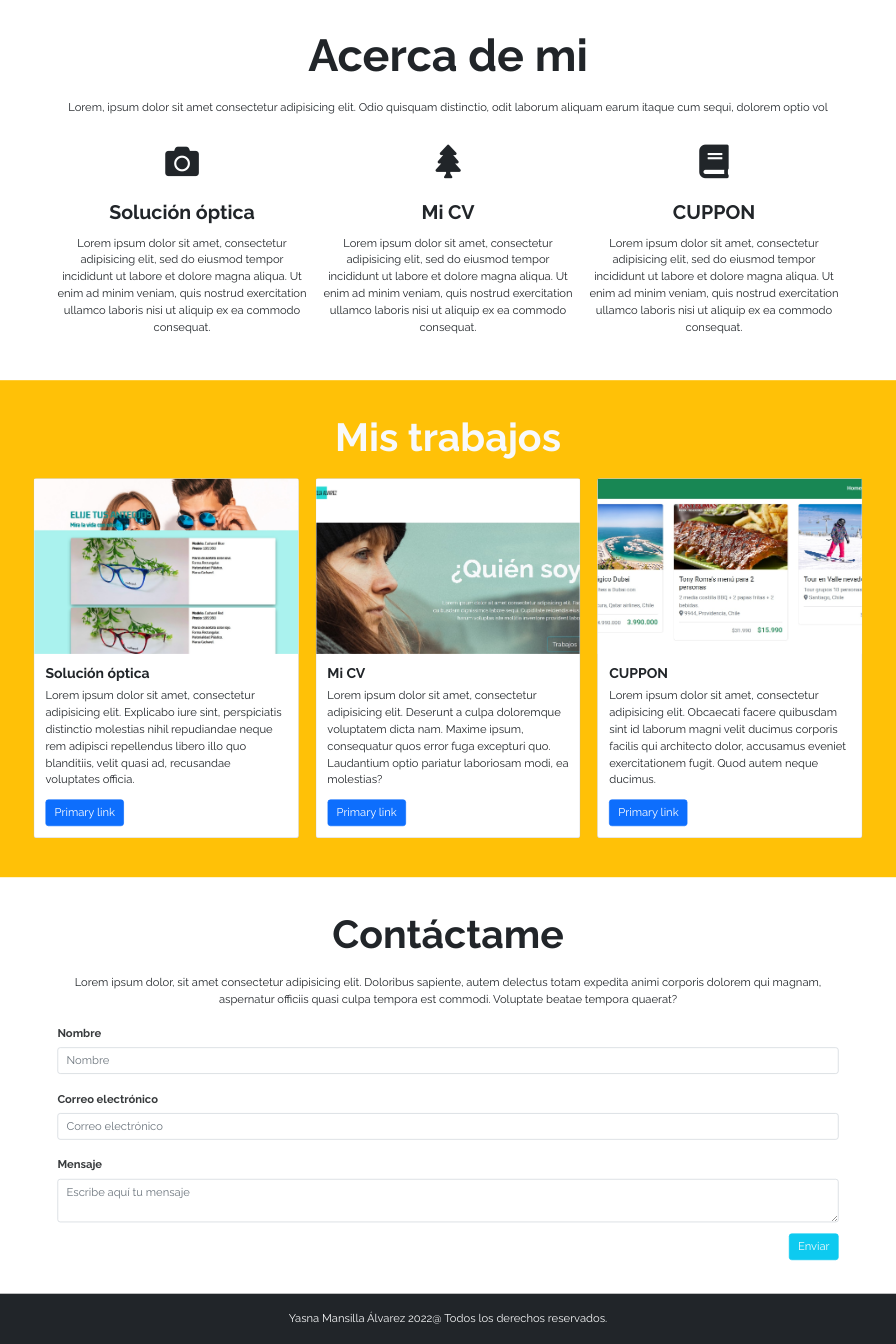
Repository: Yasna2112/Portafolio-final
Page: index.html
The author's editor kept a copy of each file at every save. The page is drawn from the files as they stood at one save, then again after the next save.
The browser window is 1280 px wide. The pictures show the part of the page from y = 703 to 2623 px (the page is 2623 px tall), at 70% of full size.
Some web libraries are served in a nearby version.

Above is the page before, as saved 2022-07-23 07:44:14.

### index.html
<!DOCTYPE html>
<html lang="en">

<head>
    <meta charset="UTF-8">
    <meta http-equiv="X-UA-Compatible" content="IE=edge">
    <meta name="viewport" content="width=device-width, initial-scale=1.0">
    <link rel="preconnect" href="https://fonts.googleapis.com">
    <link rel="preconnect" href="https://fonts.gstatic.com" crossorigin>
    <link href="https://fonts.googleapis.com/css2?family=Raleway:wght@400;700&display=swap" rel="stylesheet">
    <link href="https://cdn.jsdelivr.net/npm/bootstrap@5.1.3/dist/css/bootstrap.min.css" rel="stylesheet"
        integrity="sha384-1BmE4kWBq78iYhFldvKuhfTAU6auU8tT94WrHftjDbrCEXSU1oBoqyl2QvZ6jIW3" crossorigin="anonymous">
    <title>Yasna Mansilla</title>
    <link rel="stylesheet" href="https://cdnjs.cloudflare.com/ajax/libs/font-awesome/5.9.0/css/all.min.css"
        integrity="sha512-q3eWabyZPc1XTCmF+8/LuE1ozpg5xxn7iO89yfSOd5/oKvyqLngoNGsx8jq92Y8eXJ/IRxQbEC+FGSYxtk2oiw=="
        crossorigin="anonymous" referrerpolicy="no-referrer" />
    <link rel="stylesheet" href="assets/css/styles.css">
</head>
<body>
    <nav class="navbar navbar-expand-lg  navbar-dark bg- link-light">
        <div class="container">
            <a class="navbar-brand" href="#">
                <img src="assets/img/Logo Yas.png" class="img-fluid">
            </a>
            <button class="navbar-toggler" type="button" data-bs-toggle="collapse"
                aria-controls="navbarSupportedContent" aria-expanded="false" aria-label="Toggle navigation">
                <span class="navbar-toggler-icon"></span>
            </button>
            <div class="collapse navbar-collapse" id="navbarSupportedContent">
                <ul class="navbar-nav ms-auto mb-2 mb-lg-0 fs-5">
                    <li class="nav-item">
                        <a class="nav-link" href="#">Acerca de mi</a>
                    </li>
                    <li class="nav-item">
                        <a class="nav-link" href="#">Trabajos</a>
                    </li>
                    <li class="nav-item">
                        <a class="nav-link" href="#">Contacto</a>
                    </li>

                </ul>

            </div>
        </div>
    </nav>

    <header id="Hero-Section" class="text-light text-end py-5 mt-5">
        <div class="container">
            <div class="ms-auto col-12 col-md-7 ">
                <h1 class="display-1 fw-bold my-5">
                    ¿Quién soy yo?
                </h1>
                <p class="my-5">
                    Lorem ipsum dolor sit amet consectetur adipisicing elit. Facilis, accusamus iusto quibusdam
                    dignissimos labore sequi. Cupiditate reiciendis eius dolore, illum adipisci harum voluptas iste
                    mollitia inventore provident labore voluptatum nemo.
                </p>
                <div class="mb-5 pb-5">
                    <button class="btn btn-lg btn-outline-info text-light me-4">Trabajos</button>
                    <button class="btn btn-lg btn-info text-light">Contacto</button>
                </div>
            </div>
        </div>
    </header>


    <section id="Acerca-de-mi" class="container text-center my-5">


        <h2 class="display-3 fw-bold my-4">Acerca de mi</h2>

        <p class="my-4">
            Lorem, ipsum dolor sit amet consectetur adipisicing elit. Odio quisquam distinctio, odit laborum aliquam
            earum itaque cum sequi, dolorem optio vol
        </p>


        <div class="row">
            <div class="col-12 col-md-4">
                <i class="fas fa-camera fa-3x my-3"></i>
                <h3 class="my-3 fw-bold">Solución óptica</h3>
                <p class="my-3">
                    Lorem ipsum dolor sit amet, consectetur adipisicing elit, sed do
                    eiusmod tempor incididunt ut labore et dolore magna aliqua. Ut enim
                    ad minim veniam, quis nostrud exercitation ullamco laboris nisi ut
                    aliquip ex ea commodo consequat.
                </p>
            </div>
            <div class="col-12 col-md-4">
                <i class="fas fa-tree fa-3x my-3"></i>
                <h3 class="my-3 fw-bold">Mi CV</h3>
                <p class="my-3">
                    Lorem ipsum dolor sit amet, consectetur adipisicing elit, sed do
                    eiusmod tempor incididunt ut labore et dolore magna aliqua. Ut enim
                    ad minim veniam, quis nostrud exercitation ullamco laboris nisi ut
                    aliquip ex ea commodo consequat.
                </p>
            </div>
            <div class="col-12 col-md-4">
                <i class="fas fa-book fa-3x my-3"></i>
                <h3 class="my-3 fw-bold">CUPPON</h3>
                <p class="my-3">
                    Lorem ipsum dolor sit amet, consectetur adipisicing elit, sed do
                    eiusmod tempor incididunt ut labore et dolore magna aliqua. Ut enim
                    ad minim veniam, quis nostrud exercitation ullamco laboris nisi ut
                    aliquip ex ea commodo consequat.
                </p>
            </div>
        </div>
    </section>


    <section id="Mis-trabajos" class="my-5 p-5 bg-warning">

        <h2 class="display-4 fw-bold text-center text-light mb-3">Mis trabajos</h2>

        <div class="row">
            <div class="col-12 col-sm-4 py-2">
                <div class="card">
                    <div class="image-top" style="background-image: url(assets/img/card-11.jpg)"></div>
                    <div class="card-body">
                        <h5 class="card-title fw-bold">Solución óptica</h5>
                        <p class="card-text">
                            Lorem ipsum dolor sit amet, consectetur adipisicing elit.
                            Explicabo iure sint, perspiciatis distinctio molestias nihil
                            repudiandae neque rem adipisci repellendus libero illo quo
                            blanditiis, velit quasi ad, recusandae voluptates officia.
                        </p>
                        <a href="https://github.com/Yasna2112/Portafolio_Optica" class="btn btn-primary enabled" tabindex="-1" role="button"
                        aria-disabled="true">Primary link</a>

                    </div>
                </div>
            </div>
            <div class="col-12 col-sm-4 py-2">
                <div class="card">
                    <div class="image-top" style="background-image: url(assets/img/card-22.jpg)"></div>
                    <div class="card-body">
                        <h5 class="card-title fw-bold">Mi CV</h5>
                        <p class="card-text">
                            Lorem ipsum dolor sit amet, consectetur adipisicing elit.
                            Deserunt a culpa doloremque voluptatem dicta nam. Maxime ipsum,
                            consequatur quos error fuga excepturi quo. Laudantium optio
                            pariatur laboriosam modi, ea molestias?
                        </p>
                        <a href="https://github.com/Yasna2112/Portafolio_Mi-CV" class="btn btn-primary enabled" tabindex="-1" role="button"
                        aria-disabled="true">Primary link</a>
                    </div>
                </div>
            </div>
            <div class="col-12 col-sm-4 py-2">
                <div class="card">
                    <div class="image-top" style="background-image: url(assets/img/card-33.jpg)"></div>
                    <div class="card-body">
                        <h5 class="card-title fw-bold">CUPPON</h5>
                        <p class="card-text">
                            Lorem ipsum dolor sit amet, consectetur adipisicing elit.
                            Obcaecati facere quibusdam sint id laborum magni velit ducimus
                            corporis facilis qui architecto dolor, accusamus eveniet
                            exercitationem fugit. Quod autem neque ducimus.
                        </p>
                        <a href="https://github.com/Yasna2112/Portafolio_CUPPON" class="btn btn-primary enabled" tabindex="-1" role="button"
                        aria-disabled="true">Primary link</a>
                    </div>
                </div>
            </div>
        </div>

    </section>



    <section id="Contacto" class="container my-5">

        <h2 class="display-4 fw-bold text-center my-4">Contáctame</h2>

        <p class="text-center my-4 d-none d-md-block">Lorem ipsum dolor, sit amet consectetur adipisicing elit.
            Doloribus
            sapiente, autem delectus totam expedita
            animi corporis dolorem qui magnam, aspernatur officiis quasi culpa tempora est commodi. Voluptate beatae
            tempora quaerat?</p>

        <form>


            <div class="form-group mb-4">
                <label class="mb-2">Nombre</label>
                <input class="form-control" placeholder="Nombre">
            </div>

            <div class="form-group mb-4">
                <label class="mb-2">Correo electrónico</label>
                <input class="form-control" placeholder="Correo electrónico" />
            </div>


            <div class="form-group">
                <label class="mb-2">Mensaje</label>
                <textarea class="form-control" placeholder="Escribe aquí tu mensaje"></textarea>
            </div>

            <div class="my-3 text-end">
                <button class="btn btn-info text-light">Enviar</button>
            </div>



        </form>

    </section>



    <footer class="bg-dark text-center text-light p-4">
        <p class="mb-0">Yasna Mansilla Álvarez 2022@ Todos los derechos reservados.</p>
    </footer>


    <script src="https://cdn.jsdelivr.net/npm/bootstrap@5.1.3/dist/js/bootstrap.bundle.min.js"
        integrity="sha384-ka7Sk0Gln4gmtz2MlQnikT1wXgYsOg+OMhuP+IlRH9sENBO0LRn5q+8nbTov4+1p"
        crossorigin="anonymous"></script>
</body>

</html>

### assets/css/styles.css
body {
    font-family: "Raleway", sans-serif;
  }

  /* Hero Section */

  #Hero-Section {
    background-image: url("../img/bg-hero2.jpg");
    background-repeat: no-repeat;
    background-size: cover;
    background-position: left;
  }

  /* Mis trabajos */

  #Mis-trabajos .image-top {
    height: 250px;
    background-repeat: no-repeat;
    background-size: cover;
    background-position: center;
  }

  /* Contacto */

  #Contacto form label {
    font-weight: 700;
    color: #373a3c;
  }

  @media (max-width: 768px) {
    #Contacto form label {
      font-weight: 400;
    }

    .navbar-brand{
      width: 100px;
    }

  }

After the next save:
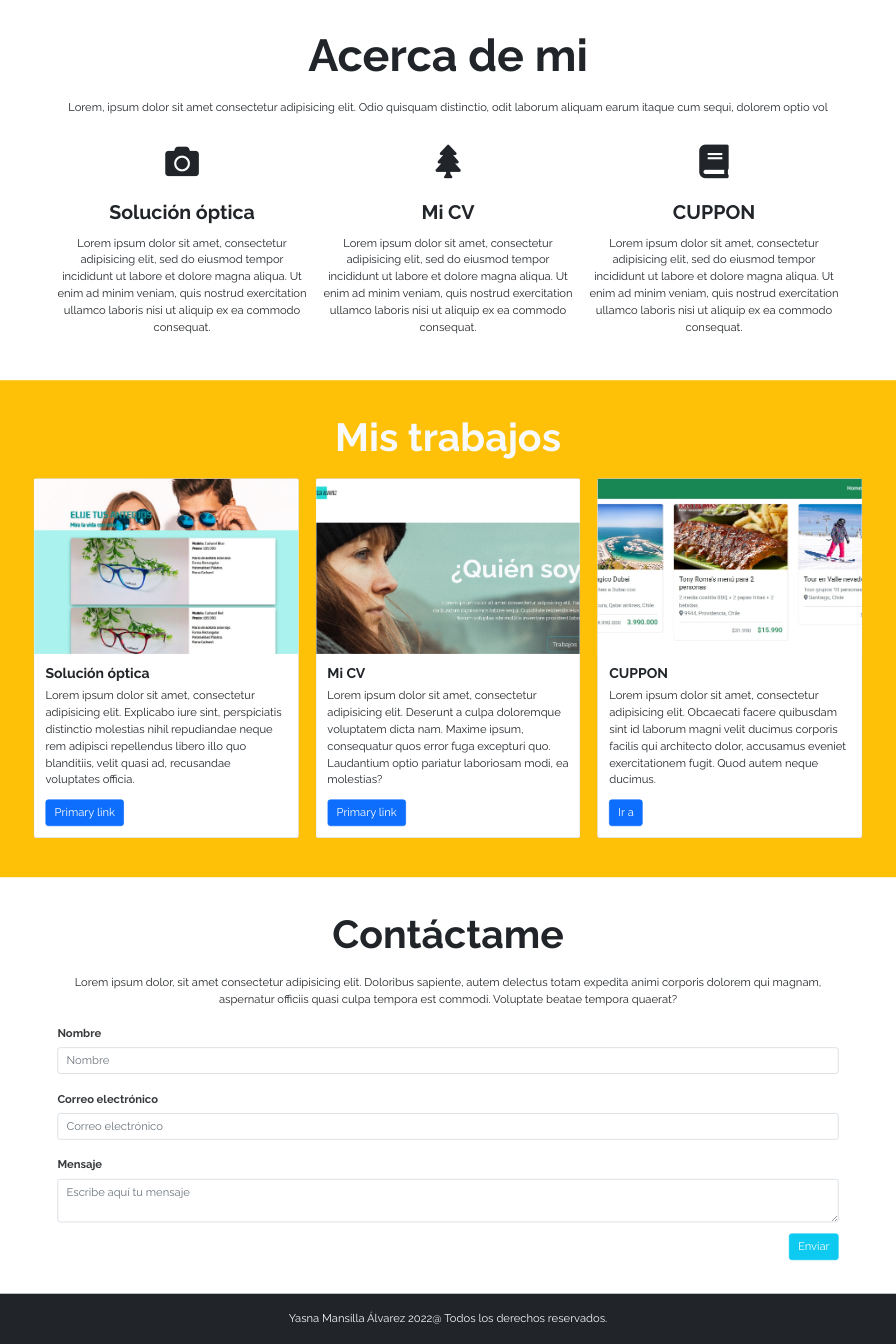
Saved 8 s later.
--- a/index.html
+++ b/index.html
@@ -160,7 +160,7 @@
                             exercitationem fugit. Quod autem neque ducimus.
                         </p>
                         <a href="https://github.com/Yasna2112/Portafolio_CUPPON" class="btn btn-primary enabled" tabindex="-1" role="button"
-                        aria-disabled="true">Primary link</a>
+                        aria-disabled="true">Ir a</a>
                     </div>
                 </div>
             </div>
